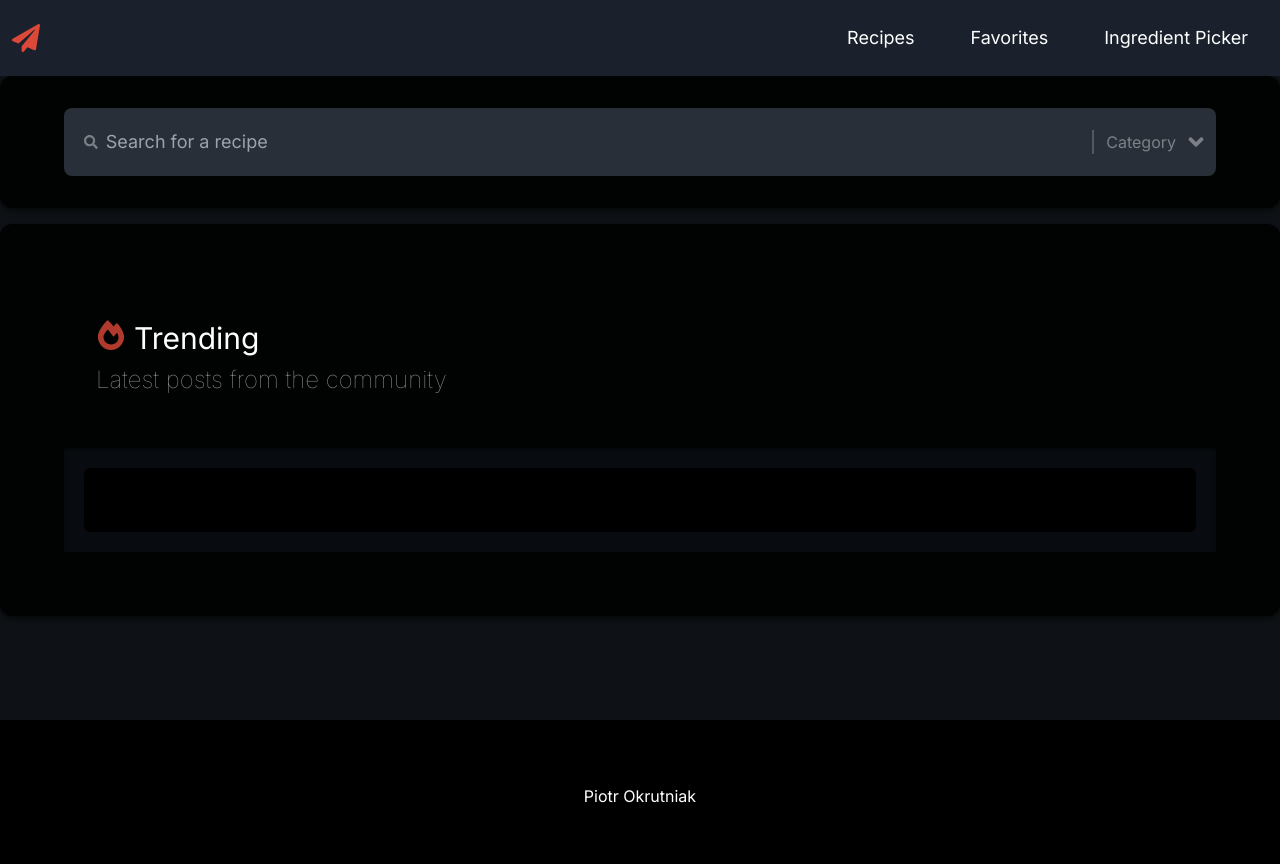
Repository: piotrokrutniak/recipefy
Page: /
The author's editor kept a copy of each file at every save. The page is drawn from the files as they stood at one save, then again after the next save.
The browser window is 1280 px wide. The pictures show the whole page.
The page's requests for data from a server got no answer. The project was rebuilt for these pictures with package versions that can differ from the ones it lists, and the page was loaded fresh each time. The framework's server and built-in components were replaced by stand-ins that run in the browser. No one was signed in, and anything a server would have sent is missing. Also part of the build but not shown: next.config.js, src/app/integration/jsonApi/getUser.tsx, src/app/components/posts/post.tsx.

Above is the page before, as saved 2023-10-07 01:52:50.

After the next save:
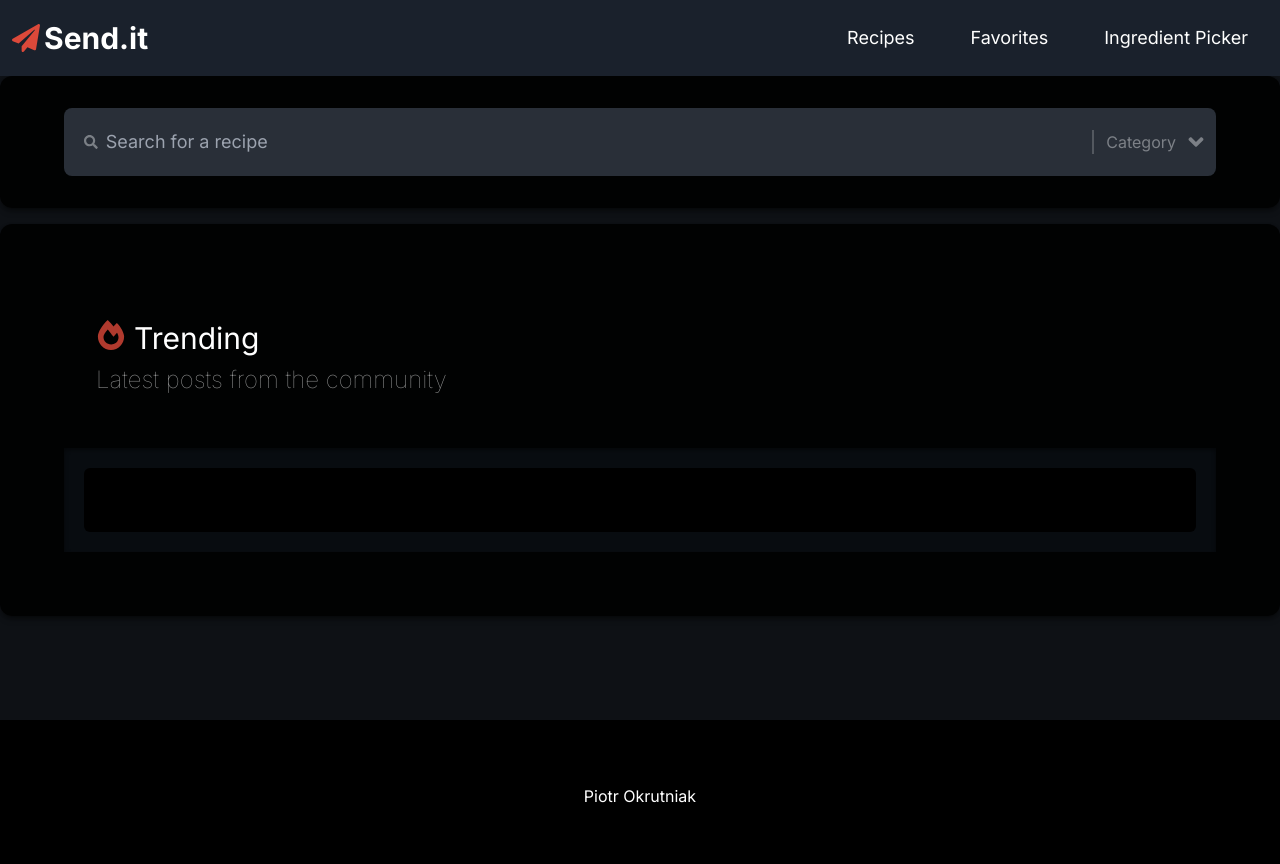
Saved 7 s later.
--- a/src/app/components/navbar/navbar.tsx
+++ b/src/app/components/navbar/navbar.tsx
@@ -18,7 +18,7 @@ export default function NavBar(){
                     <div className="flex gap-1 h-fit select-none cursor-pointer active:opacity-80 hover:border-b-2 hover:pb-1 active:pb-0
                             border-opacity-0 border-vermilion-400 hover:border-opacity-100 border-b-0 transition-all">
                         <FaPaperPlane className="h-full w-7 mt-1 fill-vermilion-400"/>
-                        <h1 className="text-3xl font-bold text-transparent bg-clip-text hover:bg-gradient-to-r from-vermilion-400 to-vermilion-500">Send.it</h1>
+                        <h1 className="text-3xl font-bold text-transparent bg-clip-text bg-white hover:bg-gradient-to-r from-vermilion-400 to-vermilion-500">Send.it</h1>
                     </div>
                     </Link>
                     <div className="hidden text-lg gap-4 md:flex">
